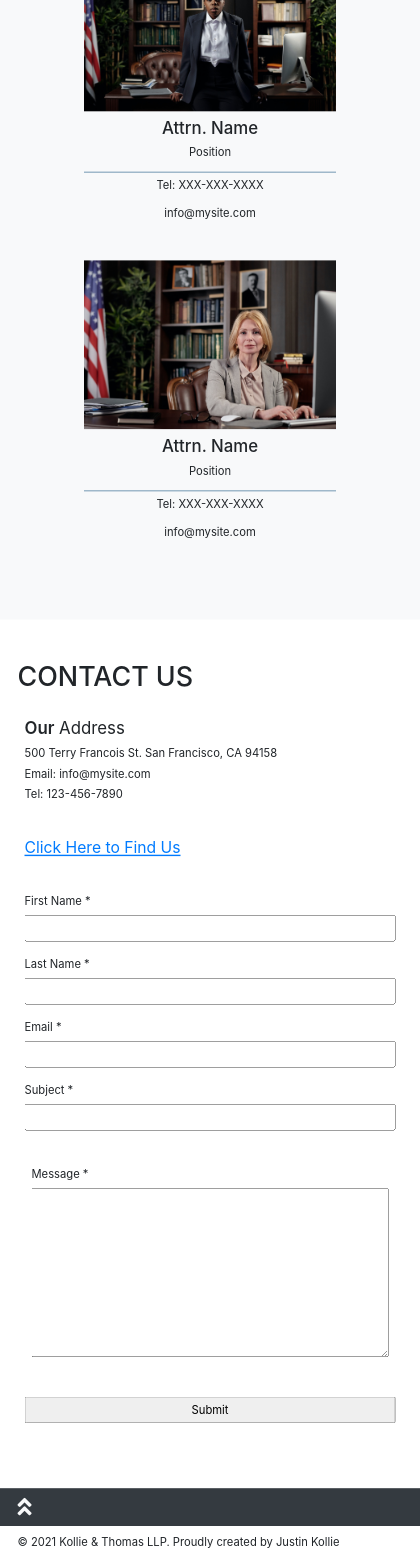
Repository: just-mann/kolllie-kolliellp
Page: index.html
These files come from the project's save history. The page is drawn as it stood at one moment and after a run of saves; the edit follows.
The browser window is 600 px wide. The pictures show the part of the page from y = 3810 to 6050 px (the page is 6050 px tall), at 70% of full size.

Above is the page before, as saved 2021-06-02 01:11:38.

After the next 2 saves:
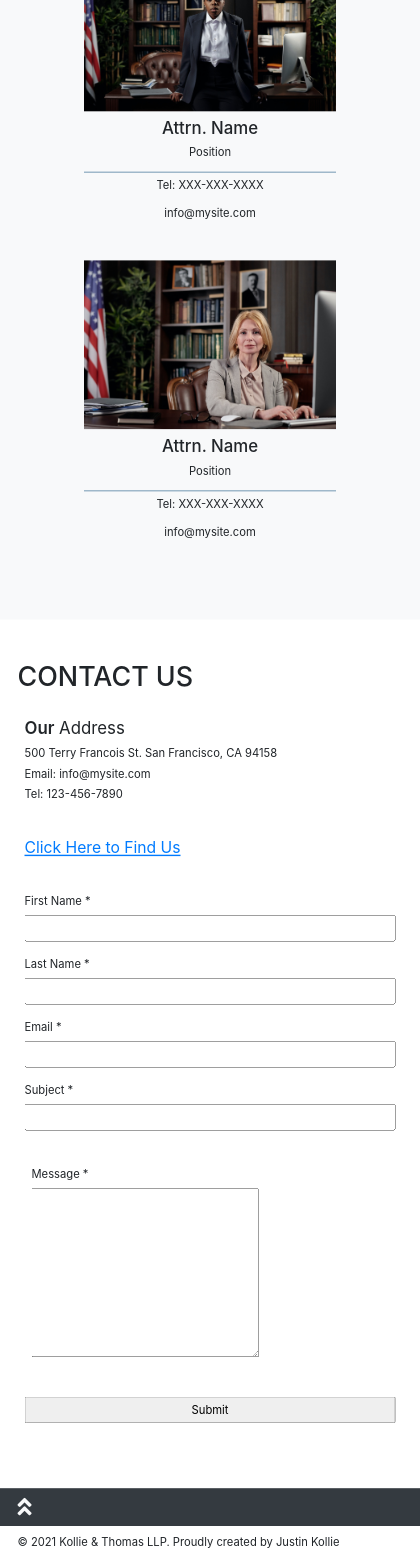
The 2 saves are shown as one change because they came seconds apart.
The last was saved 13 s later.
--- a/assets/css/style.css
+++ b/assets/css/style.css
@@ -227,7 +227,7 @@ body {
         max-width: 100%;
     }
 
-    form div label, form div input, form .right__side textarea {
+    form div label, form div input {
         width: 100%;
     }
 
